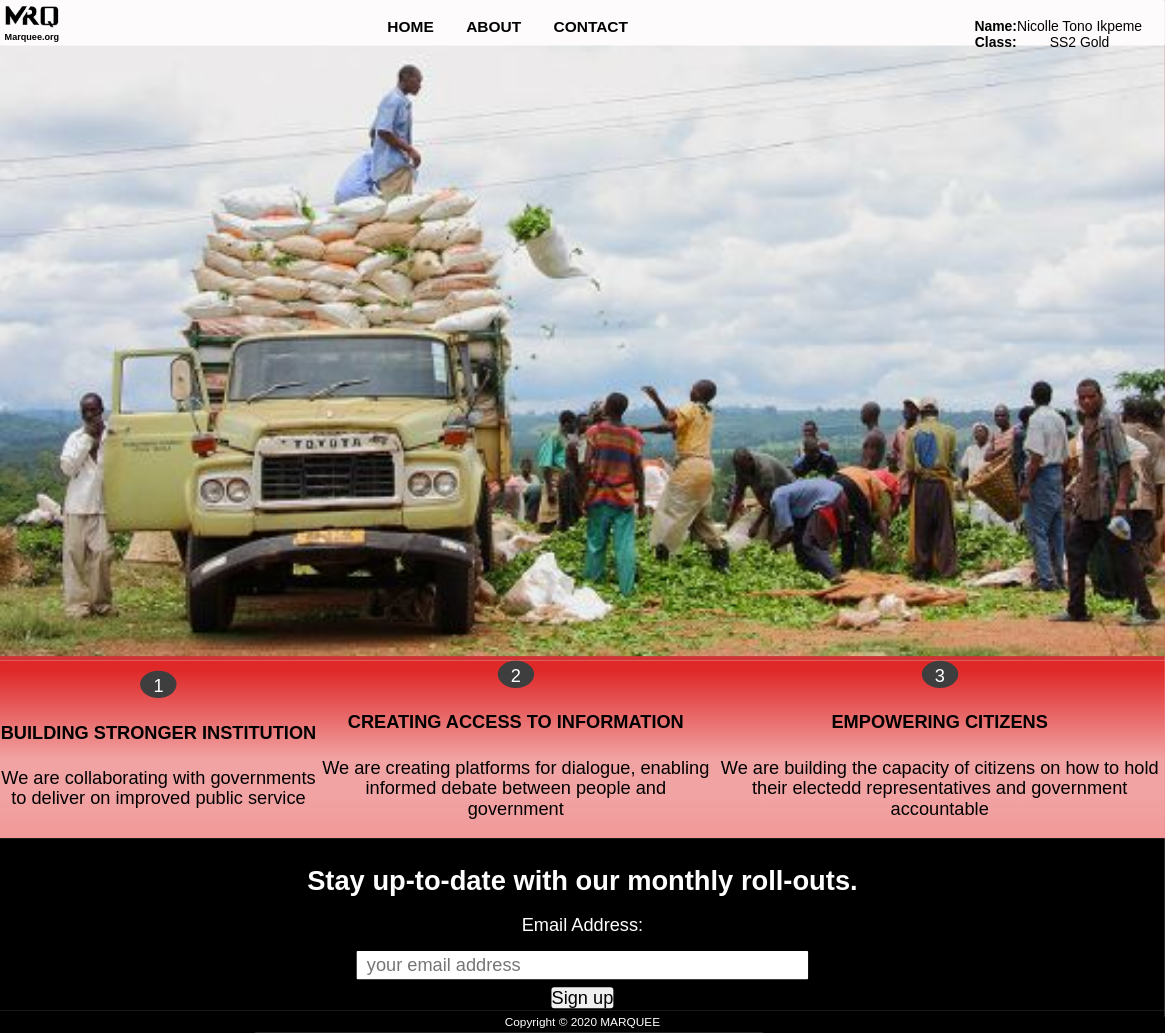
Repository: pboi18/Marquee.org
Page: home.html
These files come from the project's save history. The page is drawn as it stood at one moment and after the next save; the edit follows.
The browser window is 1280 px wide. The pictures show the whole page, at 91% of full size.

Above is the page before, as saved 2020-07-11 23:19:57.

After the next save:
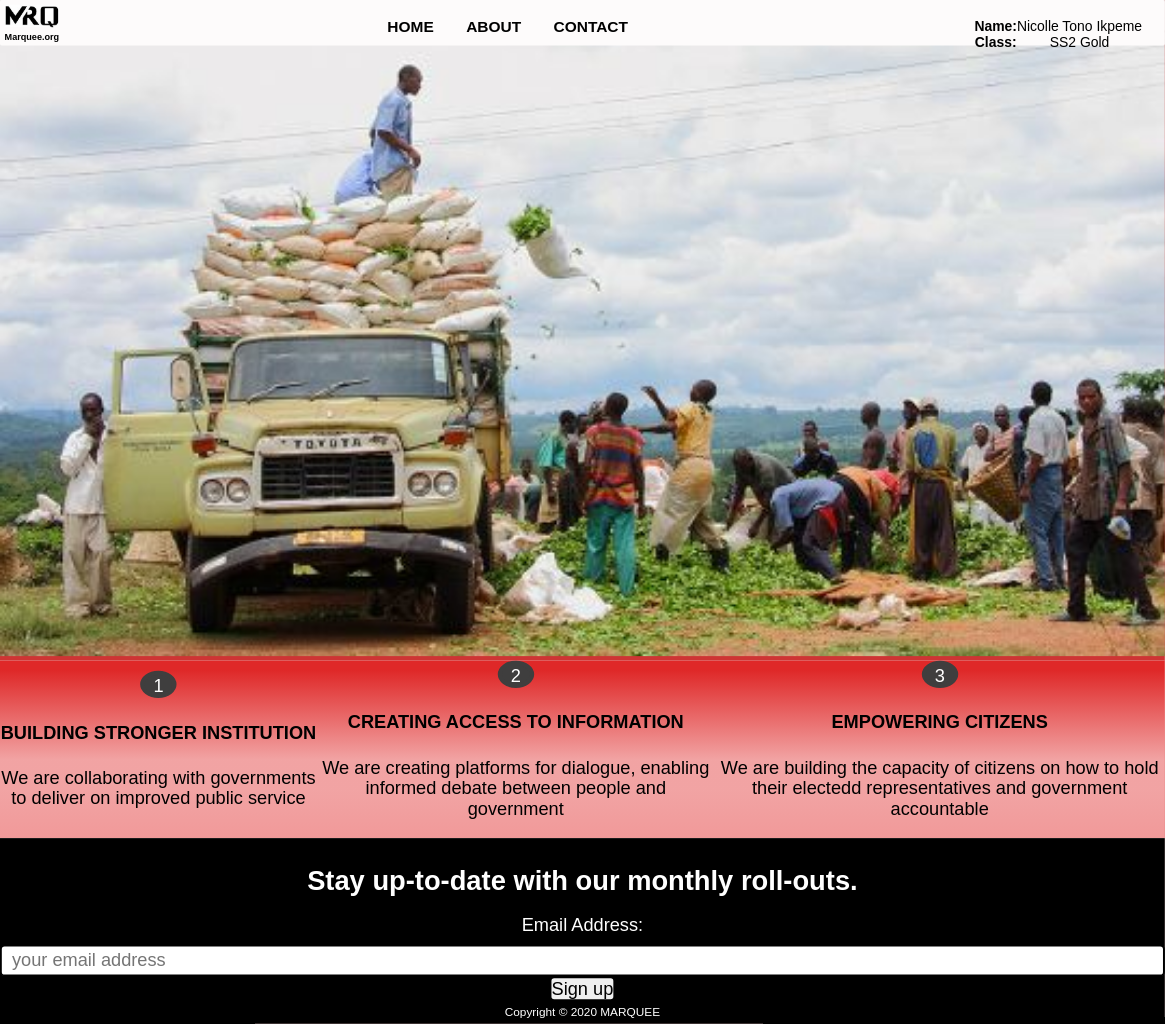
Saved 28 s later.
--- a/home.html
+++ b/home.html
@@ -102,7 +102,7 @@
 
                     <form style="text-align: center;">
                     <label style="color: white;">Email Address:</label>
-                    <input type="email" name="email" placeholder="  your email address" style=" width: 500px; border-radius: 3px; margin: 5px auto;" required>
+                    <input type="email" name="email" placeholder="  your email address"  required>
                     <button type="submit" value="SIGN UP" name="sign up">Sign up</button>
                     </form>
                 </div>

After the save that followed:
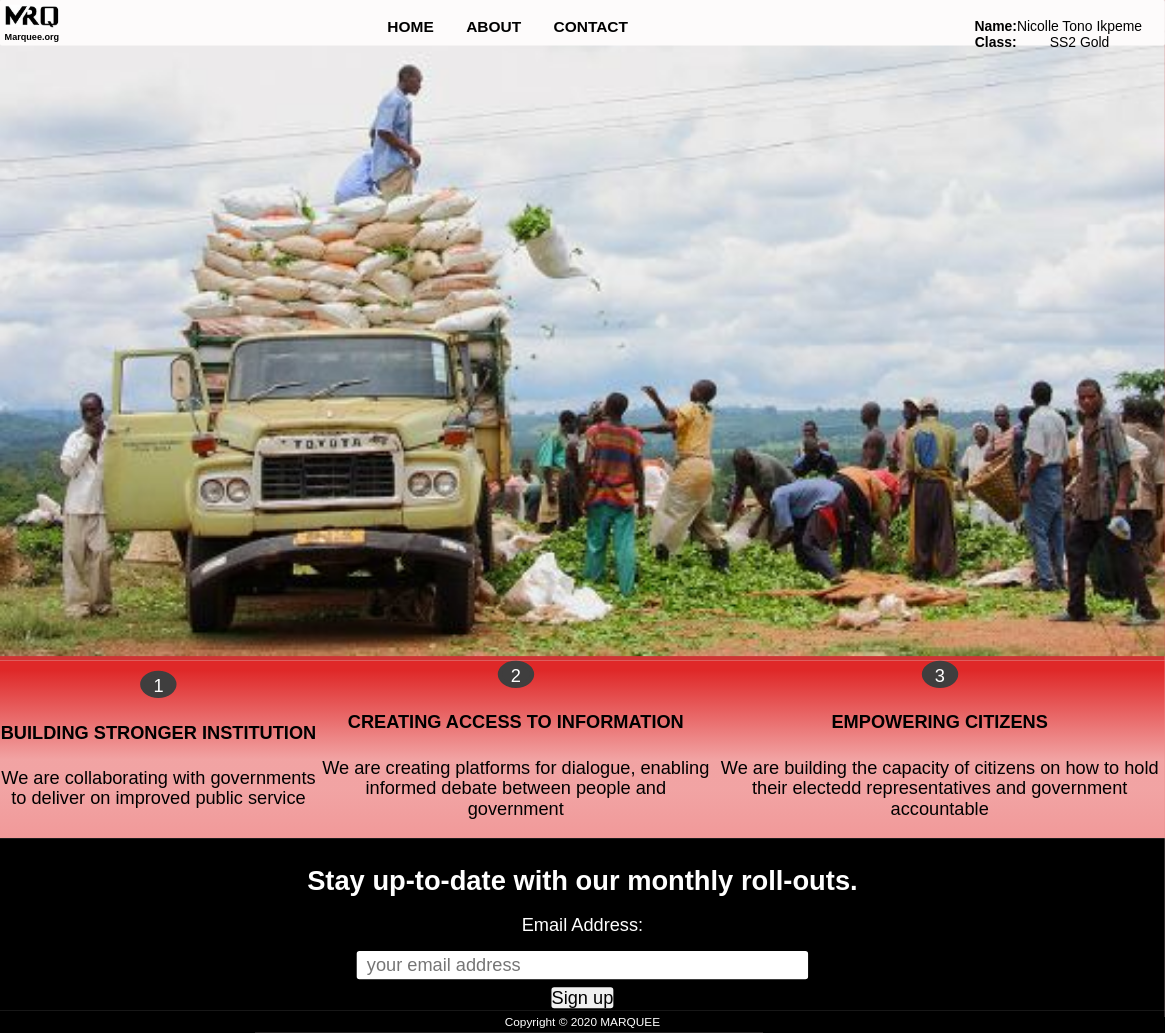
Saved 24 s later.
--- a/home.html
+++ b/home.html
@@ -102,7 +102,7 @@
 
                     <form style="text-align: center;">
                     <label style="color: white;">Email Address:</label>
-                    <input type="email" name="email" placeholder="  your email address"  required>
+                    <input type="email" name="email" placeholder="  your email address" style=" width: 500px; margin: 5px auto;" required>
                     <button type="submit" value="SIGN UP" name="sign up">Sign up</button>
                     </form>
                 </div>
